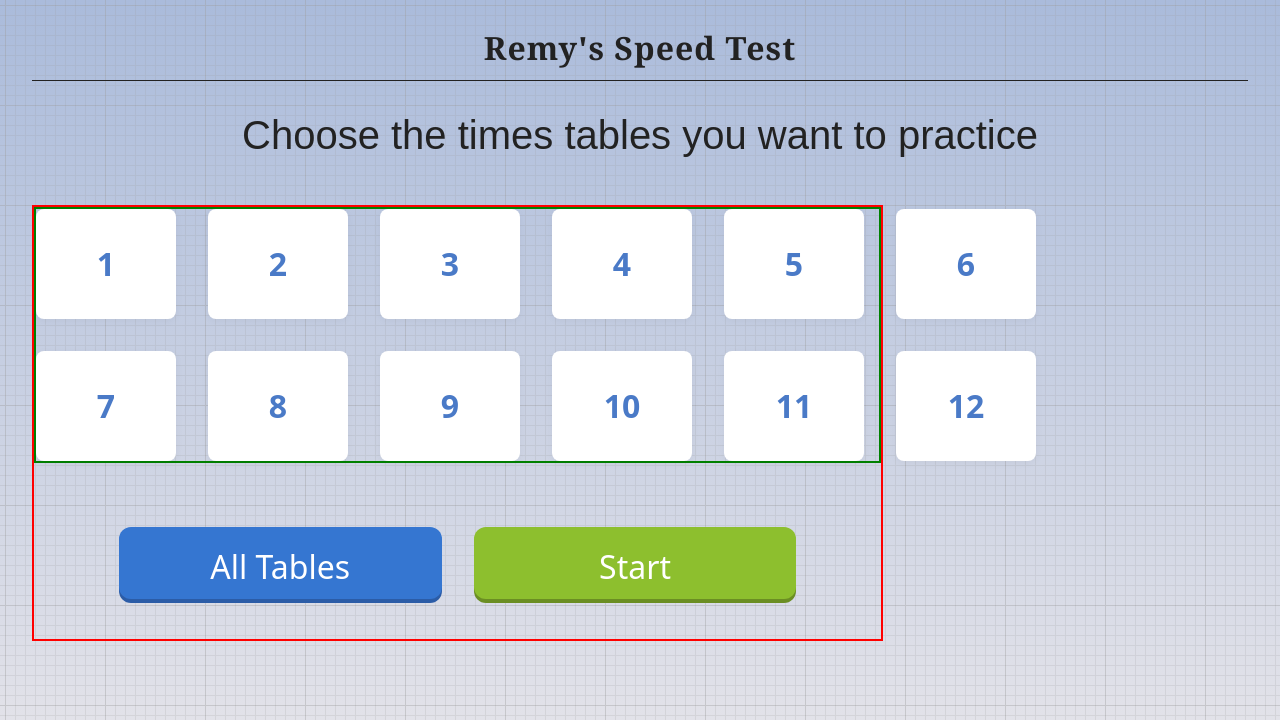
Repository: Chinurum-Omenuko/remys-speed-test
Page: / (app in app/)
The author's editor kept a copy of each file at every save. The page is drawn from the files as they stood at one save, then again after the next save.
The browser window is 1280 px wide. The pictures show the whole page.
The project was rebuilt for these pictures with package versions that can differ from the ones it lists, and the page was loaded fresh each time. The framework's server and built-in components were replaced by stand-ins that run in the browser. Also part of the build but not shown: app/svelte.config.js, app/vite.config.ts.

Above is the page before, as saved 2025-11-17 21:16:50.

### app/src/routes/+page.svelte

<script lang="ts">
	import { goto } from "$app/navigation";
	import { GameStore } from "../stores/gameStore.svelte";

	let store = GameStore;
	let chosenTables = store.getTables()
	const tables = Array.from({ length: 12 }, (_, i) => i + 1);

	function selectTable(table: number) {
		store.addTables(table)
	}

	function allTables(){
		tables.forEach(table => {
			let index = chosenTables.indexOf(table)
			if(!chosenTables.includes(table)){
				selectTable(table)
				return
			}
			chosenTables.splice(index, 1)
		});
	}


	function start() {
		store.generateQuestions(chosenTables)
		goto("/test")
	}



	function lastResults() {
		alert('Show last results');
	}
</script>
<div class="landing-bg">
	<div style="padding: 1.5rem 2rem 0 2rem;">
		<h1 class="title">Remy's Speed Test</h1>
		<div class="dotted"></div>
		<h2 class="subtitle">Choose the times tables you want to practice</h2>
		<div class="content">
			<div class="tables-grid">
				{#each tables as table}
					<button
						type="button"
						class="table-btn {chosenTables.includes(table) ? 'selected' : ''}"
						on:click={() => {

							selectTable(table)
							}}
						aria-pressed={chosenTables[table] === table}
					>
						{table}
					</button>
				{/each}
			</div>
			<div class="actions">

				{#if chosenTables.length == 12}
					<button class="red-btn btn bg-red-500" on:click={allTables}>Deselect All Tables</button>
				{:else}
					<button class="blue-btn btn" on:click={allTables}>All Tables</button>
				{/if}

				<button class="green-btn btn" on:click={start}>Start</button>
			</div>
		</div>
	</div>
</div>

<style>
	* {
 		min-height: 0;
	}

	.landing-bg {


		background-image:url("data:[embedded picture, 1695 characters]"), linear-gradient(180deg, #aabbdb, #e2e2e9);
		min-height: 100vh;
		max-width: 100vw;
		padding: 0;
		margin: 0;
	}
	.title {
		font-size: 2rem;
		font-weight: 700;
		margin: 0 0 0.5rem 0;
		letter-spacing: 1px;
		color: #222;
		font-family: Georgia, 'Times New Roman', Times, serif;
		text-align: center;
	}
	.dotted {
		border-bottom: 1px solid #222;
		margin-bottom: 1.5rem;
	}
	.subtitle {
		font-size: clamp(1rem, 5vw, 2.5rem);
		font-weight: 100;
		margin-bottom: 2.5rem;
		text-align: center;
		color: #222;
		font-family: Arial, Helvetica, sans-serif;
	}

	.content{
		display: flex;
		flex-direction: column;
		/* border: solid 2px red; */
		justify-content: start;
		align-items: center;
		max-width: 100vw;
		min-height: 50vh;
	}
	.tables-grid {
		display: grid;
		grid-template-columns: repeat(6, 1fr);
		gap: 2rem;
		/* border: solid 2px green; */
		width: 100%;
	}
	.table-btn {
		background: #fff;
		border-radius: 8px;
		font-size: 2.5rem;
		font-weight: 700;
		color: #4a7ac7;
		width: 60%;
		height: 100%;
		display: flex;
		align-items: center;
		justify-content: center;
		cursor: pointer;
		transition: box-shadow 0.2s, border 0.2s;
		margin: 0 auto;
		box-shadow: 0 2px 8px rgba(0,0,0,0.04);
	}
	.table-btn.selected {
		border: 3px solid #2e5eaa;
		background: #eaf1ff;
		color: #2e5eaa;
	}
	.actions {
		display: flex;
		justify-content: space-between;
		align-items: stretch;
		max-width: 1200px;
		min-width: 50%;
		margin: 2rem auto 0 auto;
		flex-direction: row;

	}

	.btn {
		width: 80%;
		height: 50%;
		color: #fff;
		border-radius: 12px;
		padding: 1rem 2.5rem;
		cursor: pointer;
		margin-bottom: 0.5rem;
		display: -webkit-box;
		-webkit-line-clamp: 1; /* number of lines */
		-webkit-box-orient: vertical;
		overflow: hidden;
		white-space: nowrap;
		text-overflow: ellipsis;
	}
	.blue-btn {
		background:  #3576d1;
		border: none;
		box-shadow: 0 4px 0 #2b5ca7;
		transition: background 0.2s;
		font-size: 1em;
	}
	.blue-btn:active {
		background: #3576d1;
	}
	.green-btn {
		background: #8dbf2e;
		border: none;
		box-shadow: 0 4px 0 #6b8e23;
		margin-left: 1rem;
		transition: background 0.2s;
	}
	.green-btn:active {
		background: #8dbf2e;
	}

	/* 640px: small tablet */
	@media (min-width: 340px) and (max-width: 640px){
		.content{
			height: 70vh;
			display: flex;
			flex-direction: column;
			justify-content: space-around;

		}
		.title{
			font-size: 20px;
		}
		.tables-grid {
			grid-template-columns: repeat(2, 1fr);
			height: 100%;

		}
		.table-btn {
			font-size: 1.5rem;
			height: 100%;
			border-radius: 30cap;
		}
		.actions {
			flex-direction: row;
			align-items: stretch;
			gap: 2rem;
			width: 80vw;
			height: 30%;
		}
	}
	@media (min-width: 640px) {
		.tables-grid {
			grid-template-columns: repeat(3, 1fr);
		}
	}

	/* 768px: tablet portrait */
	@media (min-width: 768px) {
		.tables-grid {
			grid-template-columns: repeat(4, 1fr);
			height: 70%;
		}
		.content{
			height: 50vh;
		}
		.table-btn {
			width: 100px;
			height: 80px;
			font-size: 2rem;
		}
		.actions {
			flex-direction: row;
			gap: 1rem;
			width: 80%;
			height: 20vh;
		}
		.btn{
			font-size: 2rem;
		}
	}

	/* 1024px: tablet landscape / small laptop */
	@media (min-width: 1024px) {
		.tables-grid {
			grid-template-columns: repeat(6, 1fr);
			width: 100%;
			border: solid 2px green;
		}
		.content{
			height: 20%;
			max-width: 70%;
			border: solid 2px red;
		}
		.table-btn {
			width: 140px;
			height: 110px;
			font-size: 2rem;
		}
		.actions {
			flex-direction: row;
			align-items: center;
			gap: 1rem;
		}
	}

	/* @media (min-width: 1200px) and (max-height: 700px) {

	} */


	/* 1280px: laptop */
	/* @media (min-width: 1280px) {} */

	/* 1536px: large desktop */
	/* @media (min-width: 1536px) {} */




</style>

### app/src/stores/gameStore.svelte.ts
import { writable } from "svelte/store";
import { createQuestions } from "../utils/gameUtils";

function createGameStore(){
    let allQuestions = $state<any[]>([])
    let selectedTables: number[] = $state([])


    return{
        selectedTables,
        get allQuestions(){
            return allQuestions;
        },
        clearSelectedTables: () => {
            selectedTables = []
        },
        getTables: () => selectedTables,
        addTables: (table: number) => {
            let index = selectedTables.indexOf(table)

            if(!selectedTables.includes(table)){
                selectedTables.push(table)
                return
            }

            selectedTables.splice(index,1)

        },
        generateQuestions: (table: number[]) => {
            let questions = createQuestions(table)

            let flat = Object.values(questions).flat();
            allQuestions = [...allQuestions, ...flat];


        },

        removeQuestions: () => allQuestions = []
    }
}

export const GameStore = createGameStore()

### app/src/utils/gameUtils.ts
function makeQuestionObject(table: number){
    let questionsObjectArray = []
    for (let i = 1; i <= 12; i++){
        let question = {
            id: table + '-' + i,
            table: table,
            multiplier: i,
            question: `${table} x ${i}`,
            answer: table * i
        };
        questionsObjectArray.push(question);
    }
    return questionsObjectArray;
}

export function createQuestions(timeTable: number[]){
    let questions = {};

    timeTable.forEach(table => {
        let objectArray = makeQuestionObject(table)
        questions[table] = objectArray
    });
    return questions
}

Loaded but not shown: app/src/app.html (common file); app/src/routes/+layout.svelte (common file); app/src/app.css (common file)

After the next save:
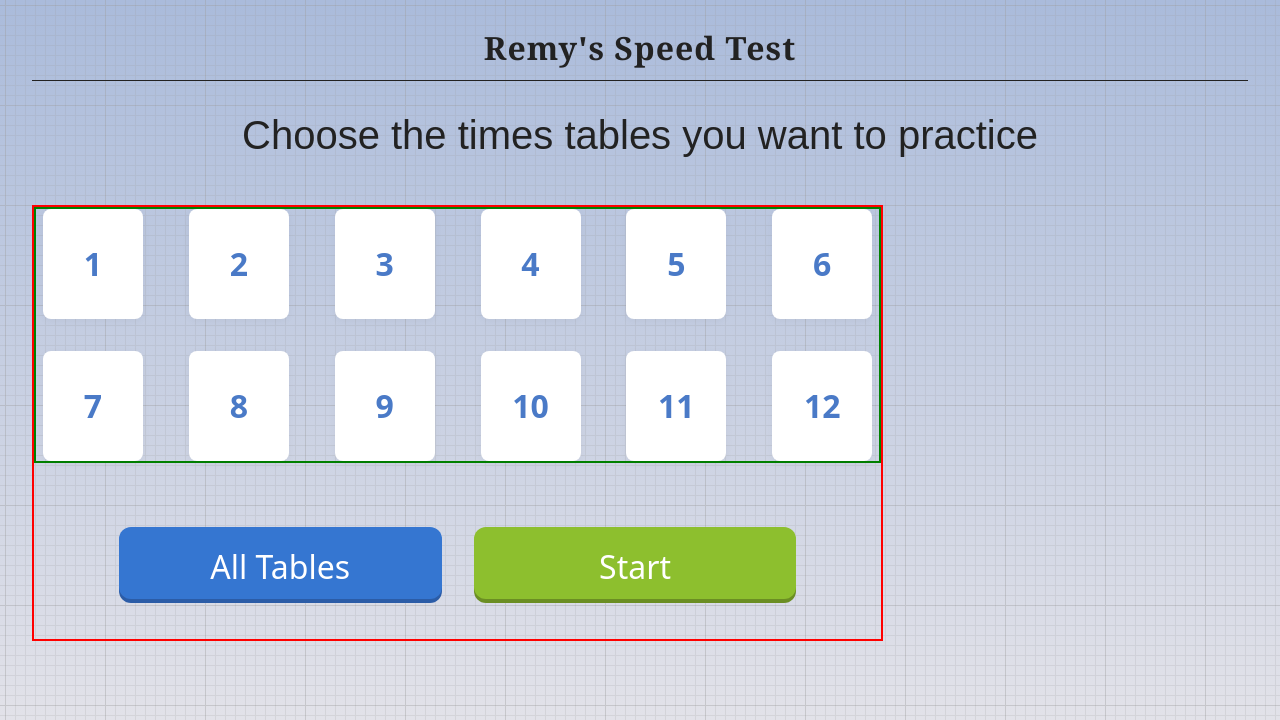
Saved 13 s later.
--- a/app/src/routes/+page.svelte
+++ b/app/src/routes/+page.svelte
@@ -263,7 +263,7 @@
 			border: solid 2px red;
 		}
 		.table-btn {
-			width: 140px;
+			max-width: 140px;
 			height: 110px;
 			font-size: 2rem;
 		}
